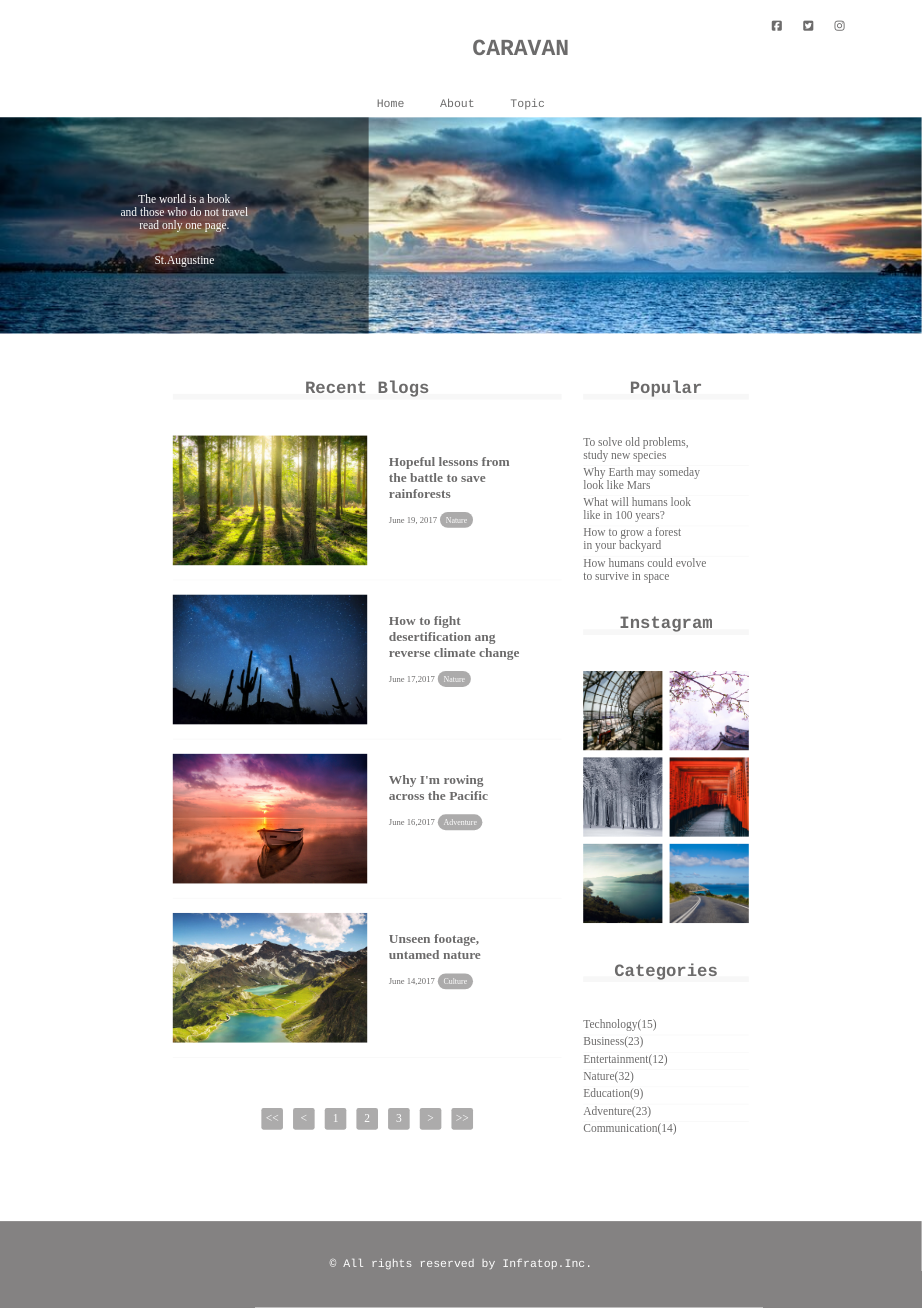
Repository: takanauti/task
Page: caravan/index.html
The author's editor kept a record of every edit. The page is drawn from the files as they stood at one moment, then again after the next edit.
The browser window is 1280 px wide. The pictures show the whole page, at 72% of full size.
Some web libraries are served in a nearby version.

Above is the page before.

After the next edit:
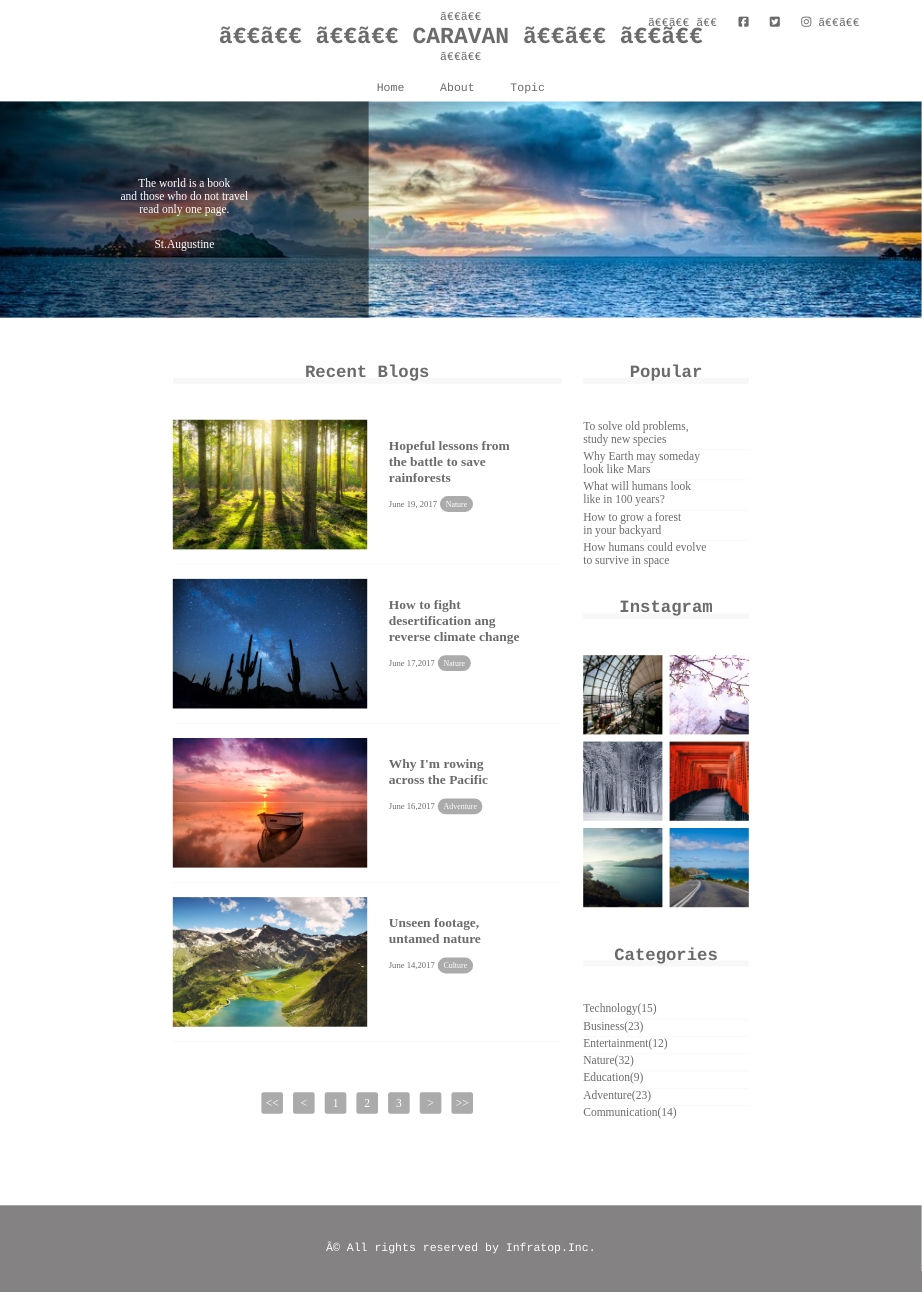
The edit:
--- a/caravan/index.html
+++ b/caravan/index.html
@@ -1,7 +1,8 @@
 <!DOCTYPE html>
 <html lang="ja">
   <head>
-    <meta charset="UTF-8" />
+    <meta charset="UTF-8/>
+    meta name="viewport" content="width=device-width,initial-scale=1.0">
     <script src="https://kit.fontawesome.com/c3feab150c.js" crossorigin="anonymous"></script>
     <!-- CSSファイルの読み込み -->
     <link rel="stylesheet" href="style.css" />
